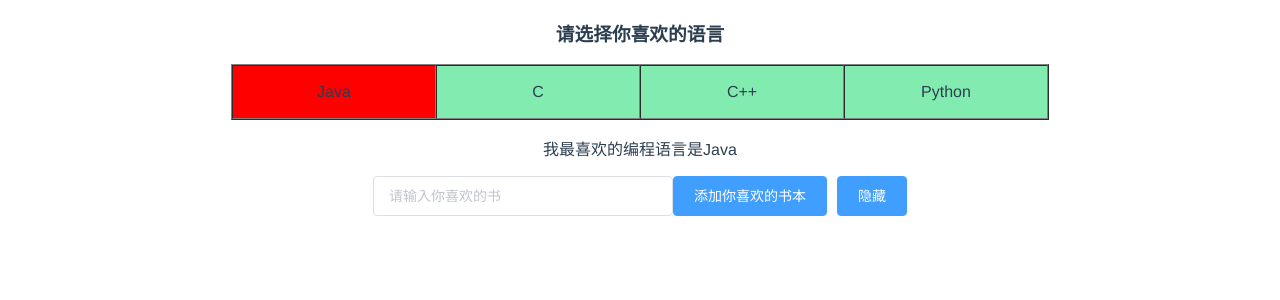
Repository: chang-meng-yun/vue_project
Page: /
The author's editor kept a copy of each file at every save. The page is drawn from the files as they stood at one save, then again after the next save.
The browser window is 1280 px wide. The pictures show the whole page.
The project was rebuilt for these pictures with package versions that can differ from the ones it lists, and the page was loaded fresh each time. Also part of the build but not shown: vue.config.js, src/VBindStudy.vue, src/components/HelloWorld.vue, src/views/HomeView.vue.

Above is the page before, as saved 2024-06-27 10:29:51.

After the next save:
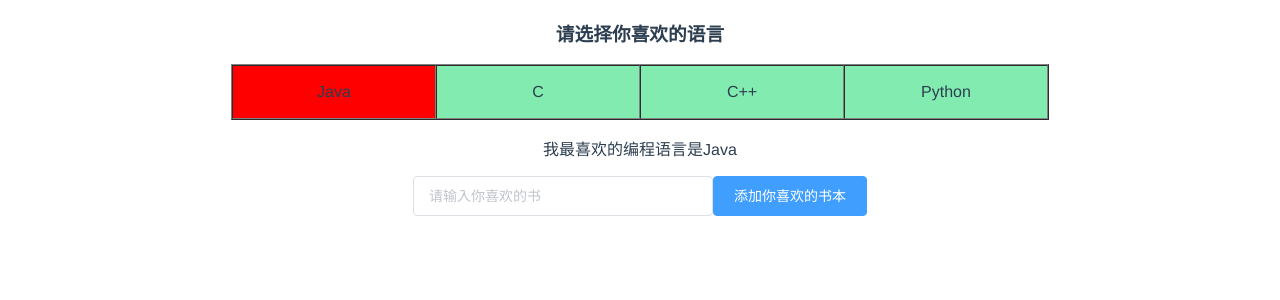
Saved 19 min 40 s later.
--- a/src/HomeWork.vue
+++ b/src/HomeWork.vue
@@ -14,7 +14,7 @@
         <p style="text-align: center;">我最喜欢的编程语言是{{pro_name}}</p>
         <el-input v-model="inputName" placeholder="请输入你喜欢的书" style="width: 300px;"></el-input>
         <el-button type="primary" @click="addBook()">添加你喜欢的书本</el-button>
-        <el-button type="primary">隐藏</el-button>
+        <!-- <el-button type="primary" v-if="">隐藏</el-button> -->
        <!-- {{message}} -->
 
 
